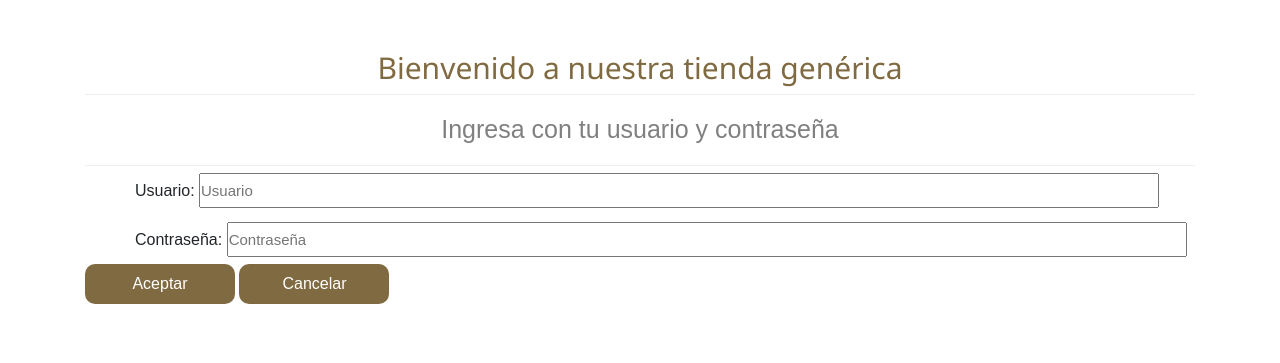
Repository: andresrojas686/tiendaGenericaMintic
Page: primerJSP/src/main/webapp/index.html
An editor plug-in stored every save of this project. The page is shown before and after the next save, followed by the edit.
The browser window is 1280 px wide. The pictures show the whole page.

Above is the page before, as saved 2021-09-15 15:42:44.

After the next save:
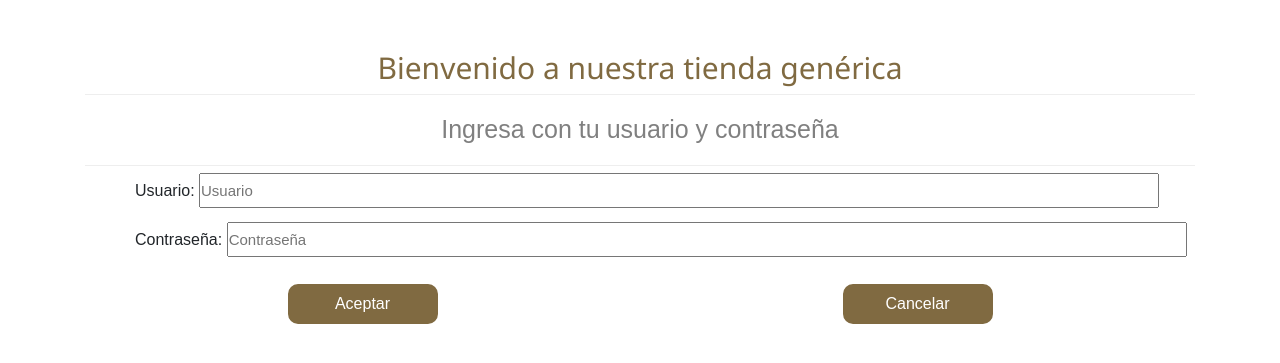
Saved 28 s later.
--- a/primerJSP/src/main/webapp/index.html
+++ b/primerJSP/src/main/webapp/index.html
@@ -25,7 +25,7 @@
 								<span>Contraseña:</span>
 								<input type="password" name="pass" placeholder="Contraseña" id="pass">
 							</label>
-							<div>
+							<div class="contenedor-botones">
 								<input type="submit" value="Aceptar" class="botones-usuario">
 								<input type="reset" value="Cancelar" class="botones-usuario">
 							</div>
